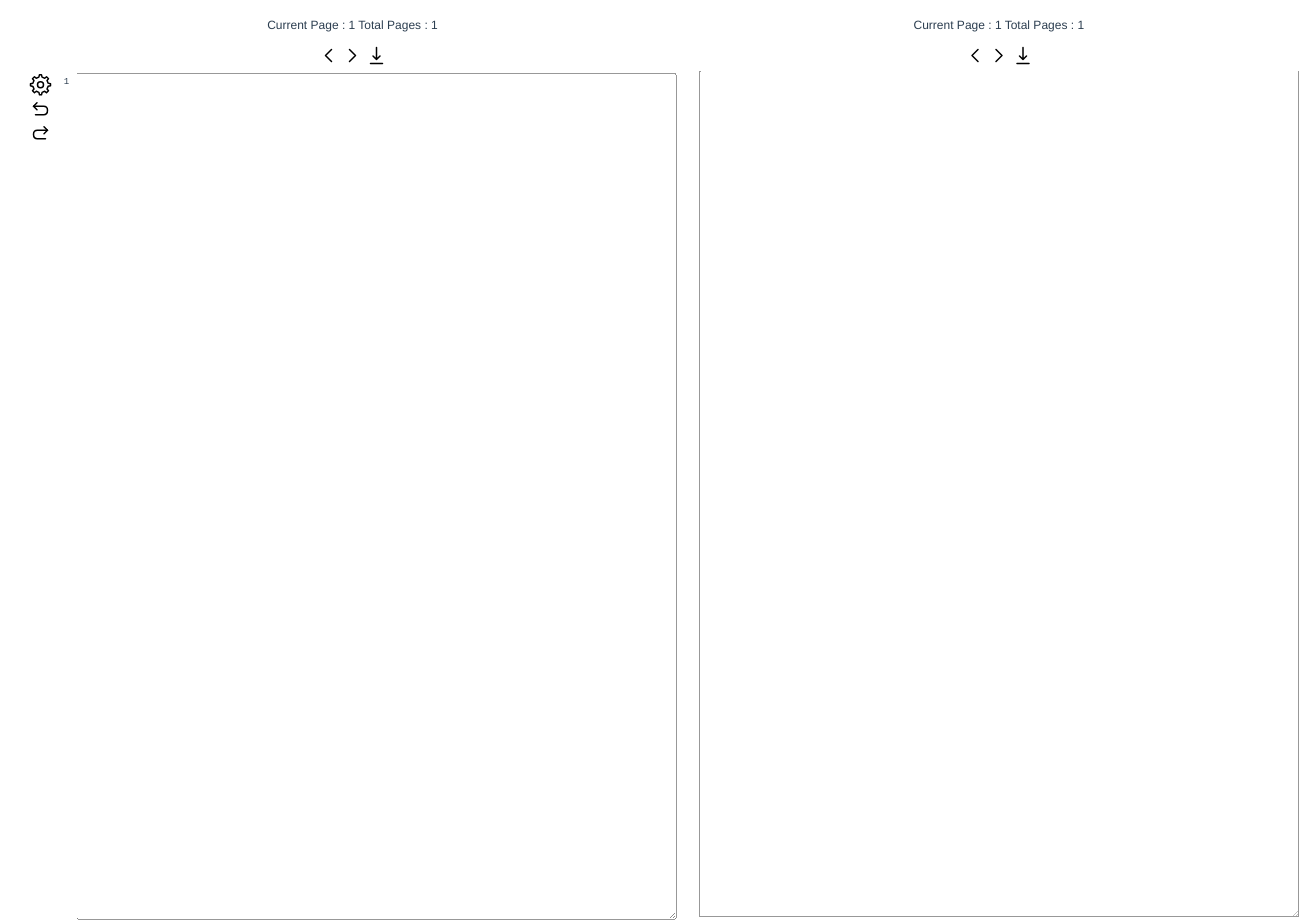
Repository: 321paranoiawhy/online-resume
Page: /
These files come from the project's save history. The page is drawn as it stood at one moment and after the next save; the edit follows.
The browser window is 1280 px wide. The page is 1732 px wide, so the pictures cover 1732 px, including what lies to the right of the window. The pictures show the whole page, at 75% of full size.
The project was rebuilt for these pictures with package versions that can differ from the ones it lists, and the page was loaded fresh each time. Also part of the build but not shown: vue.config.js, src/components/Header.vue, src/components/Introduction.vue, src/components/LineNumbers.vue, src/components/Footer.vue.

Above is the page before, as saved 2022-05-28 21:41:38.

After the next save:
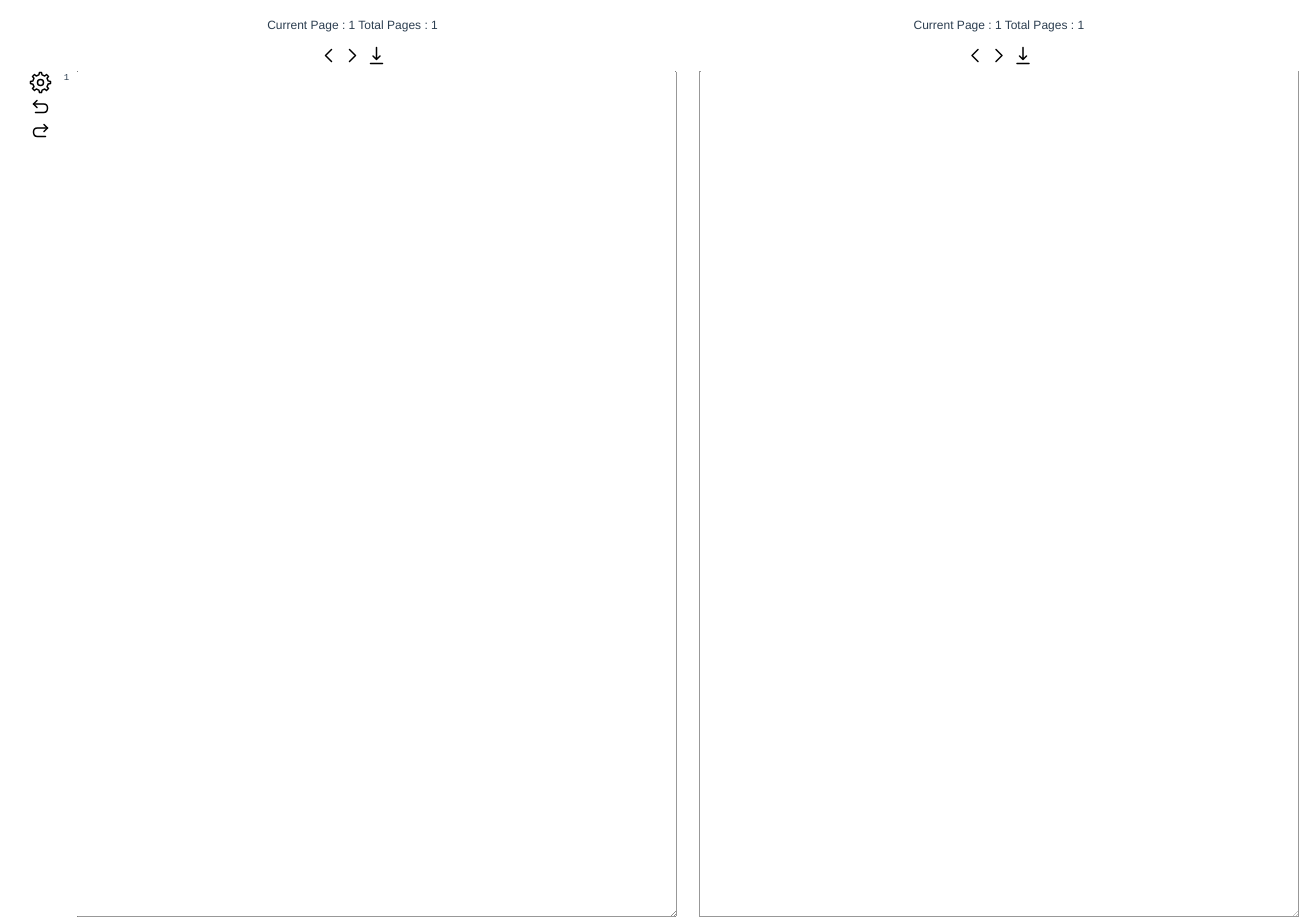
Saved 31 s later.
--- a/src/components/LeftInput.vue
+++ b/src/components/LeftInput.vue
@@ -97,13 +97,13 @@ export default {
     & div.flex {
         display: flex;
         // 3px 为 left-textarea 的 border(1) + padding(2)
-        margin: 3px 0 0;
+        // margin: 3px 0 0;
     }
     & ul li {
         list-style-type: none;
     }
     & ul {
-        margin: 3px 10px 0 15px;
+        margin: 0 10px 0 15px;
         padding: 0;
         // 字体大小
         font-size: 12px;
